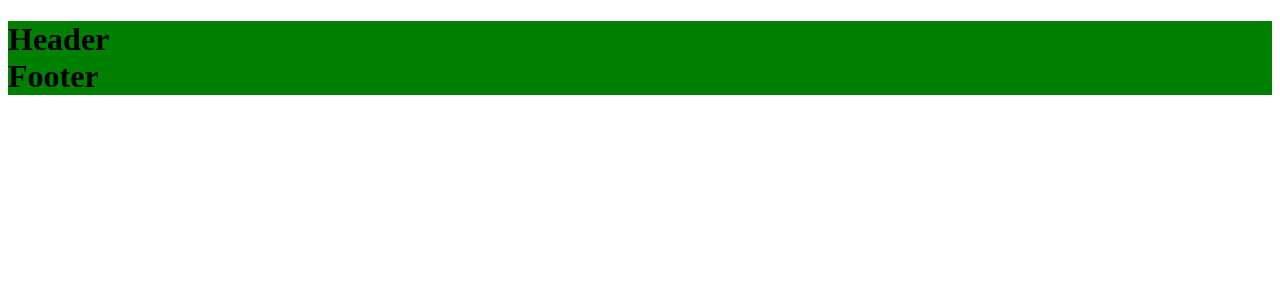
Repository: malkamu/Netflix-Clone2024
Page: / (app in NETFLIX/)
An editor plug-in stored every save of this project. The page is shown before and after the next save, followed by the edit.
The browser window is 1280 px wide. The pictures show the whole page.
The project was rebuilt for these pictures with package versions that can differ from the ones it lists, and the page was loaded fresh each time. Also part of the build but not shown: NETFLIX/vite.config.js.

Above is the page before, as saved 2024-11-11 21:00:25.

### NETFLIX/src/App.jsx
import './App.css'
import Home from './Home/Home';
function App() {

  return (
    <>
      <h1 className='app'>
      <Home/>
      </h1>

    </>
  )
}

export default App

### NETFLIX/src/App.css
.app top {
    margin: 0;
    padding:0;
}
.app{
    background-color: green;
}

### NETFLIX/src/Home/Home.jsx
import React from 'react'
import Header from '../Components/Header/Header';
import Footer from '../Components/Header/Footer/Footer';


const Home = () => {
  return (
    <>
       <Header/>
       <Footer/>
    </>
  );
}

export default Home;

### NETFLIX/src/Components/Header/Header.jsx
import React from 'react'

function Header() {
  return (
    <div>Header</div>
  )
}

export default Header;

Loaded but not shown: NETFLIX/index.html (common file); NETFLIX/src/main.jsx (common file); NETFLIX/src/Components/Header/Footer/Footer.jsx (common file); NETFLIX/src/index.css (no stored copy; drawn as an empty file)

After the next save:
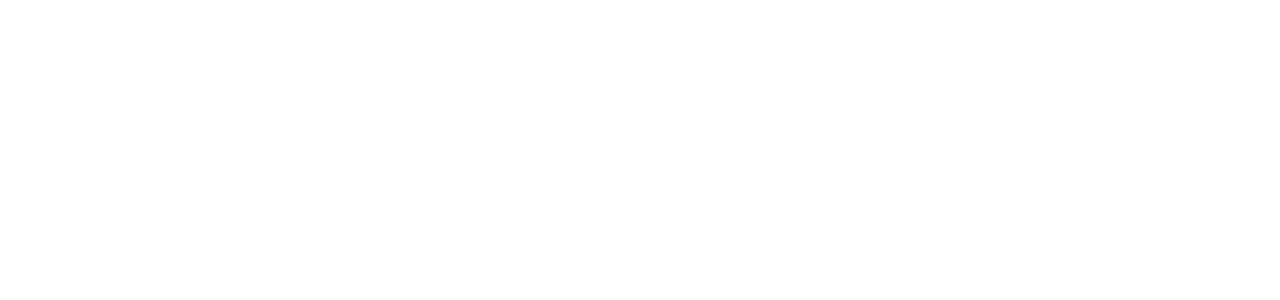
Console error: ReferenceError: npm is not defined
Saved 63 s later.
--- a/NETFLIX/src/Home/Home.jsx
+++ b/NETFLIX/src/Home/Home.jsx
@@ -13,3 +13,5 @@
 }
 
 export default Home;
+
+npm

After the save that followed:
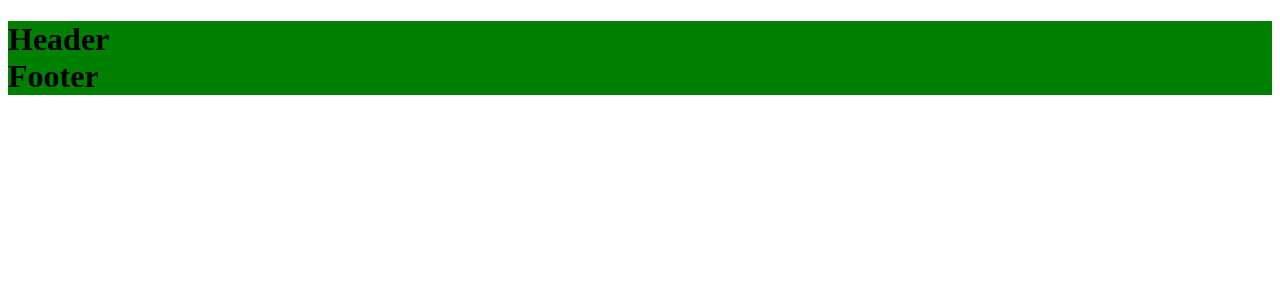
The error is gone.
Saved 5 s later.
--- a/NETFLIX/src/Home/Home.jsx
+++ b/NETFLIX/src/Home/Home.jsx
@@ -13,5 +13,3 @@
 }
 
 export default Home;
-
-npm
